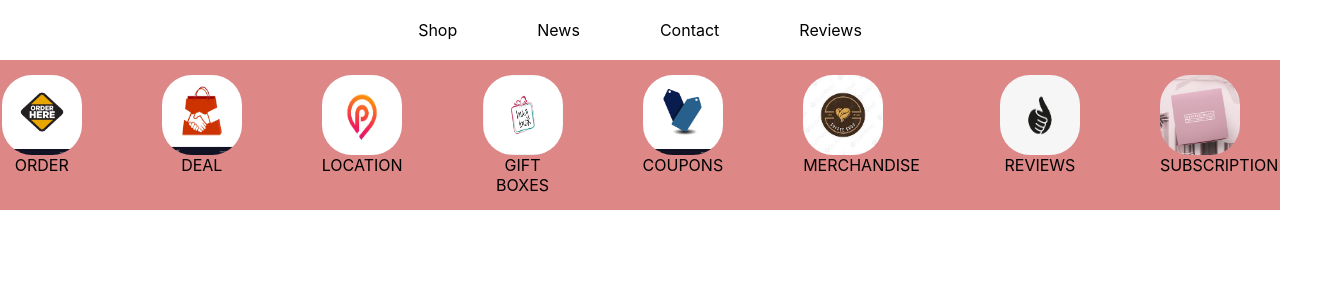
Repository: tusharpasricha/owlsomecoffee
Page: /
The author's editor kept a copy of each file at every save. The page is drawn from the files as they stood at one save, then again after the next save.
The browser window is 1280 px wide. The page is 1320 px wide, then 1280 px, so the pictures cover 1320 px, including what lies to the right of the window. The pictures show the whole page.
The project was rebuilt for these pictures with package versions that can differ from the ones it lists, and the page was loaded fresh each time.

Above is the page before, as saved 2021-09-27 09:35:03.

### src/App.js

//import './App.css';
import Navbar from './components/navbar';
import Bar from './components/bar';

function App() {
  return (
    <div className="App">
     <Navbar></Navbar>
     <Bar></Bar>

    </div>
  );
}

export default App;

### src/components/navbar.js
import React from 'react'
import './navbar.css'

const Navbar = () => {
    return (
    <div className="nav">
<ul className="options">
  <li><a href="default.asp">Shop</a></li>
  <li><a href="news.asp">News</a></li>
  <li><a href="contact.asp">Contact</a></li>
  <li><a href="about.asp">Reviews</a></li>
</ul>
    </div>
    )
}

export default Navbar

### src/components/bar.js
import React from 'react';
import './bar.css';
import order from './order.jpg';
import deal from './deal.jpg';
import location from './location.jpg';
import coupon from './coupon.jpg';
import gift from './gift.jpg';
import review from './review.jpg';
import subscription from './subscription.png';
import logo from './logo.jfif';

const Bar = () => {
    return (
        <div className="bar">
<ul>
  <li> <img src={order}></img> <a href="default.asp">ORDER</a></li>
  <li><img src={deal}></img> <a href="news.asp">DEAL</a></li>
  <li><img src={location}></img> <a href="contact.asp">LOCATION</a></li>
  <li><img src={gift}></img> <a href="about.asp">GIFT BOXES</a></li>
  <li><img src={coupon}></img> <a href="about.asp">COUPONS</a></li>
  <li><img src={logo}></img> <a href="about.asp">MERCHANDISE</a></li>
  <li><img src={review}></img> <a href="about.asp">REVIEWS</a></li>
  <li><img src={subscription}></img> <a href="about.asp">SUBSCRIPTION</a></li>

</ul>
        </div>
    )
}

export default Bar

### src/components/navbar.css
*{
    margin: 0%;

}
.nav{
    background-color: rgb(255, 255, 255);
    display: flex;
    justify-content: center;
    height: 60px;
    align-items: center;
}
ul{

     display: flex;
     list-style-type: none;
     justify-content: center;
     padding: 2px;
 }
 li{
     padding-right: 40px;
     padding-left: 40px;
 }
 a{
     text-decoration: none;
     color: black;
 }

### src/components/bar.css
*{
    margin: 0%;

}
.bar{
    background-color: rgba(209, 94, 94, 0.74);
    display: flex;
    justify-content: center;
    height: 150px;
    align-items: center;
}
ul{

     display: flex;
     list-style-type: none;
     justify-content: center;
     padding: 2px;
 }
 li{
     display: flex;
     flex-direction: column;
     padding-right: 40px;
     padding-left: 40px;
     text-align: center;

 }
 a{
     text-decoration: none;
     color: black;
 }
img{

    height: 80px;
    width: 80px;
    border-radius: 30px;
}

Loaded but not shown: public/index.html (common file); src/index.js (common file); src/index.css (common file)

After the next save:
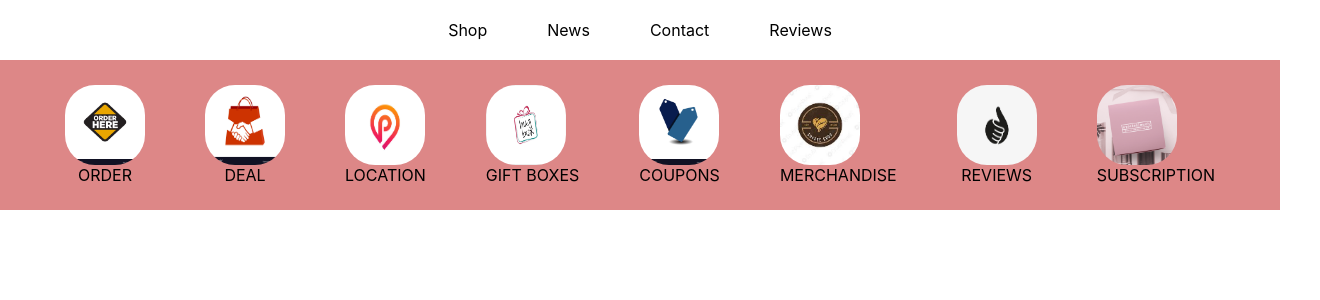
Saved 73 s later.
--- a/src/components/bar.css
+++ b/src/components/bar.css
@@ -19,8 +19,8 @@ ul{
  li{
      display: flex;
      flex-direction: column;
-     padding-right: 40px;
-     padding-left: 40px;
+     padding-right: 30px;
+     padding-left: 30px;
      text-align: center;
 
  }
